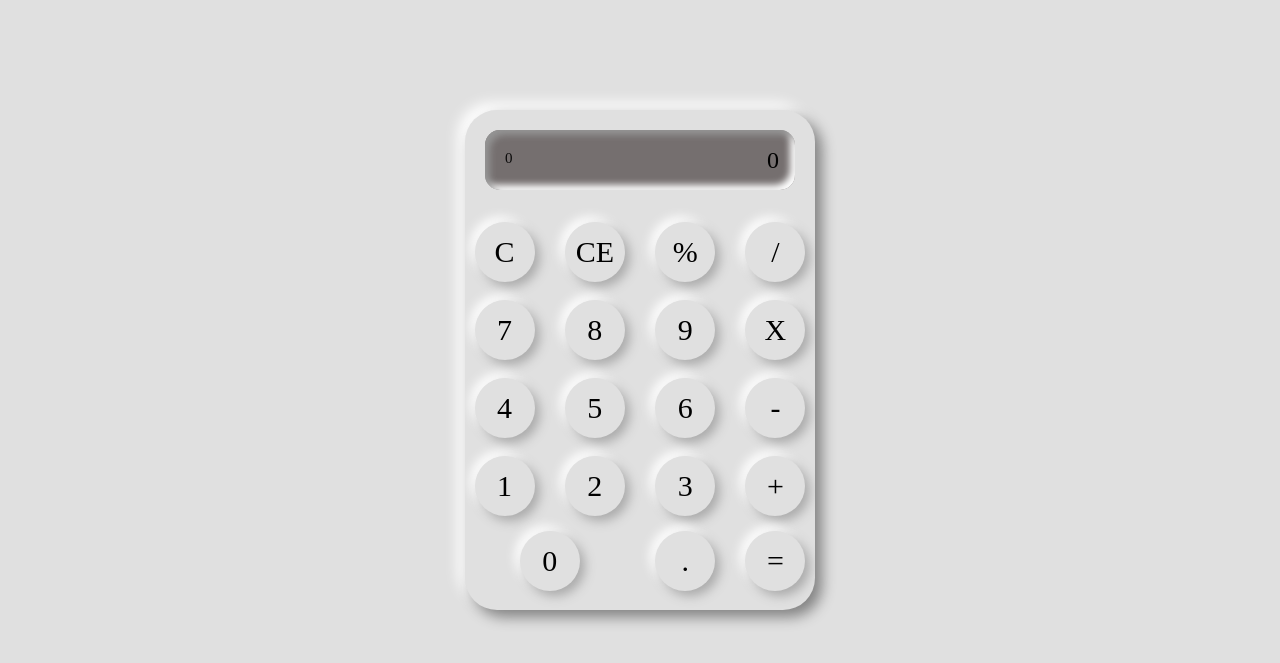
Repository: Goldmyn/Calculator
Page: index.html
These files come from the project's save history. The page is drawn as it stood at one moment and after the next save; the edit follows.
The browser window is 1280 px wide. The pictures show the whole page.

Above is the page before, as saved 2022-09-28 02:30:51.

After the next save:
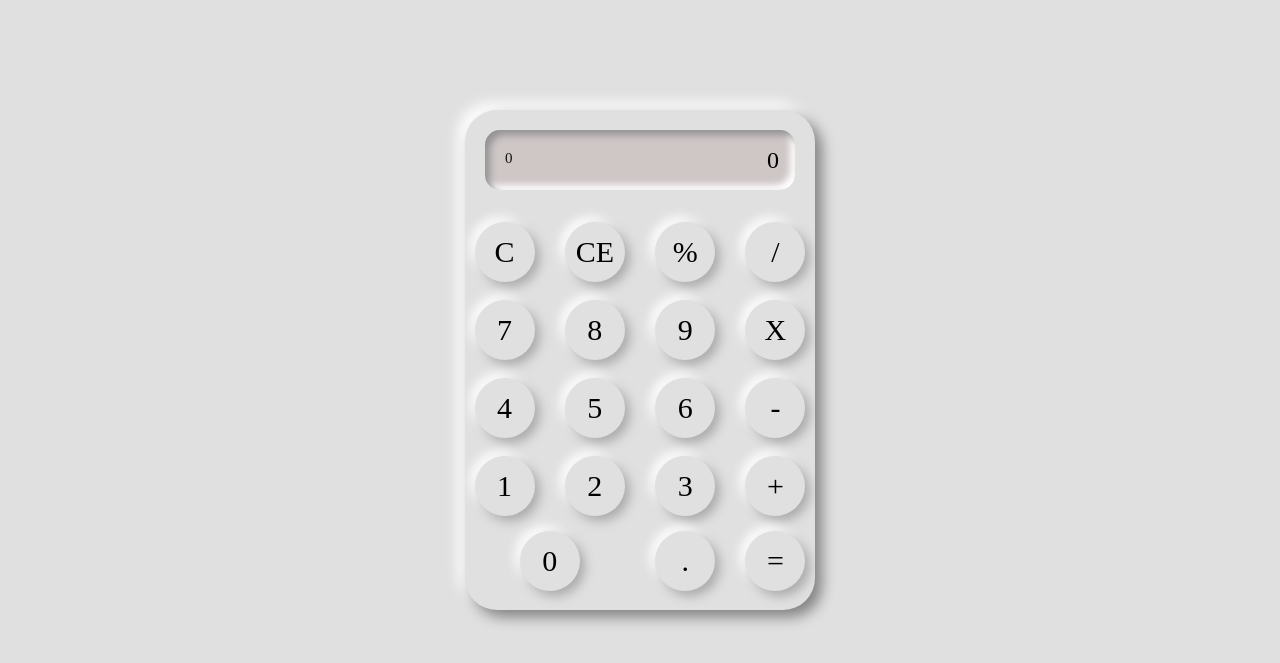
Saved 4 s later.
--- a/index.css
+++ b/index.css
@@ -55,7 +55,7 @@ section {
     align-items: center;
     justify-content: flex-end;
     border-radius: 15px;
-    background: #756f6f;
+    background: #cfc6c6;
     font-size: 24px;
     box-shadow: inset 5px 5px 7px #949494 , inset -5px -5px 7px #ffffff;
 }
